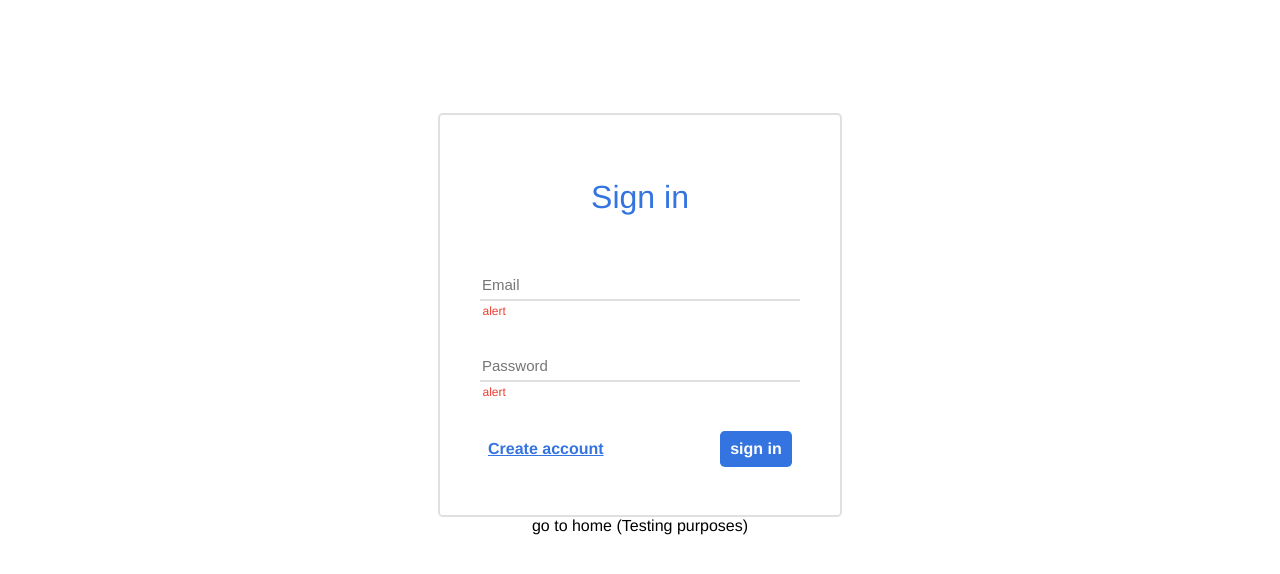
Repository: MohannadSoliman/mail-server-web
Page: / (app in frontend/)
An editor plug-in stored every save of this project. The page is shown before and after the next save, followed by the edit.
The browser window is 1280 px wide. The pictures show the whole page.
The project was rebuilt for these pictures with package versions that can differ from the ones it lists, and the page was loaded fresh each time. Also part of the build but not shown: frontend/src/views/signUp.vue, frontend/src/components/sideMenu/folder.vue, frontend/src/components/sideNav.vue, frontend/src/components/header/searchBar.vue, frontend/src/components/header.vue, frontend/src/components/controlBar.vue, frontend/src/components/compose.vue, frontend/src/components/compose/emailCard.vue and 1 more.

Above is the page before, as saved 2020-12-21 20:33:44.

### frontend/src/App.vue
<template>
  <div id="app">
    <router-view></router-view>
  </div>
</template>

<script>
export default {
  name: 'app',
  components:{
  },
  created(){
    this.$router.push('/signIn');
  }
}
</script>

<style>
html, body{
  margin: 0;
  padding: 0;
  box-sizing: border-box;
}
#app {
  font-family: Avenir, Helvetica, Arial, sans-serif;
  -webkit-font-smoothing: antialiased;
  -moz-osx-font-smoothing: grayscale;
  text-align: center;
}
</style>

### frontend/src/router/index.js
import Vue from 'vue'
import VueRouter from 'vue-router'
import singIn from '../views/signIn.vue'
import signUp from '../views/signUp.vue'
import home from '../views/home.vue'

Vue.use(VueRouter)

const routes = [
  {
    path: '/signIn',
    name: 'signIn',
    component: singIn
  },
  {
    path: '/signUp',
    name: 'signUp',
    component: signUp
  },
  {
    path: '/home',
    name: 'home',
    component: home
  }
]

const router = new VueRouter({
  routes
})

export default router

### frontend/src/views/signIn.vue
<template>
  <div id="sign-in" class="sign-in-page">
    <div id="sign-in-form-container">
      <div id="sign-in-form">
        <h1 id="login-label">Sign in</h1>
        <input placeholder="Email" type="text">
        <div class="alert" id="signIn-email-alert">alert</div>
        <input placeholder="Password" type="password">
        <div class="alert" id="signIn-password-alert">alert</div>
        <div class="nav">
          <div id="create-account" @click="goToSignUp()">Create account</div>
          <div id="sign-in-btn" @click="toggleCheckBox" >sign in</div>
        </div>
      </div>
    </div>
    <div class="testing"  @click="testing()">go to home (Testing purposes)</div>
  </div>
</template>

<script>
export default {
  name: 'signIn',
  data(){
    return{

    }
  },
  methods:{
    goToSignUp(){
      this.$router.push('/signUp');
    },
    testing(){
      this.$router.push("/home");
    },
    toggleCheckBox(){
      const checkBox = document.getElementById(`select-email-${this.emailInfo.id}`);
      const emailCard = document.getElementById(`${this.emailInfo.id}`);
      if(this.chechBoxChecked){
        checkBox.className = "unChecked";
        emailCard.style.backgroundColor = "white";
      }
      else {
        checkBox.className = "checked";
        emailCard.style.backgroundColor = "rgb(224,224,224)"
      }
      this.chechBoxChecked = !this.chechBoxChecked;
    }
  }
}
</script>

<style scoped>
#sign-in{
  width: 100%;
  height: 90vh;
  display: flex;
  flex-direction: column;
  justify-content: center;
  align-items: center;
}
#sign-in-form-container{
  width: 25rem;
  height: 25rem;
  border: 2px solid rgb(224, 224, 224);
  border-radius: 0.3rem;
}
#sign-in-form{
  display: flex;
  flex-direction: column;
  justify-content: center;
  align-items: center;
}

#login-label{
  margin-top: 4rem;
  font-weight: 500;
  color: rgb(52, 116, 224);
  user-select: none;
}

input{
  box-sizing: border-box;
  border: none;
  width: 80%;
  height: 2rem;
  margin-top: 2rem;
  border-bottom: 2px solid rgb(224, 224, 224);
  font-size: 15px;
}
.input-alert{
  box-sizing: border-box;
  border: none;
  width: 80%;
  height: 2rem;
  margin-top: 2rem;
  border-bottom: 2px solid #eb4034;
  font-size: 15px;
}
input:focus{
  outline-style: none;
  border-bottom: 2px solid rgb(52, 116, 224);
}


#sign-in-btn{
  width: 4.5rem;
  height: 2.2rem;
  text-align: center;
  vertical-align: center;
  line-height: 2.2rem;
  color: white;
  font-size: medium;
  font-weight: bolder;
  background-color: rgb(52, 116, 224);
  border-radius: 0.3rem;
  cursor: pointer;
  user-select: none;
  margin-left: auto;
  margin-right: 0.5rem;
}
#sign-in-btn:hover{
  background-color: rgb(52, 116, 224, 0.98);
}
#create-account {
  color: rgb(52, 116, 224);
  user-select: none;
  cursor: pointer;
  font-weight: bold;
  text-decoration: underline;
  margin-left: 0.5rem;
}

.alert{
  width: 80%;
  font-size: 12px;
  text-align: left;
  margin-top: 3px;
  padding-left: 5px;
  color: #eb4034;
}

.nav{
  margin-top: 2rem;
  width: 80%;
  display: flex;
  flex-direction: row;
  justify-content: flex-start;
  align-items: center;
}

.testing{
  cursor: pointer;
  user-select: none;
}
</style>

Loaded but not shown: frontend/public/index.html (common file); frontend/src/main.js (common file)

After the next save:
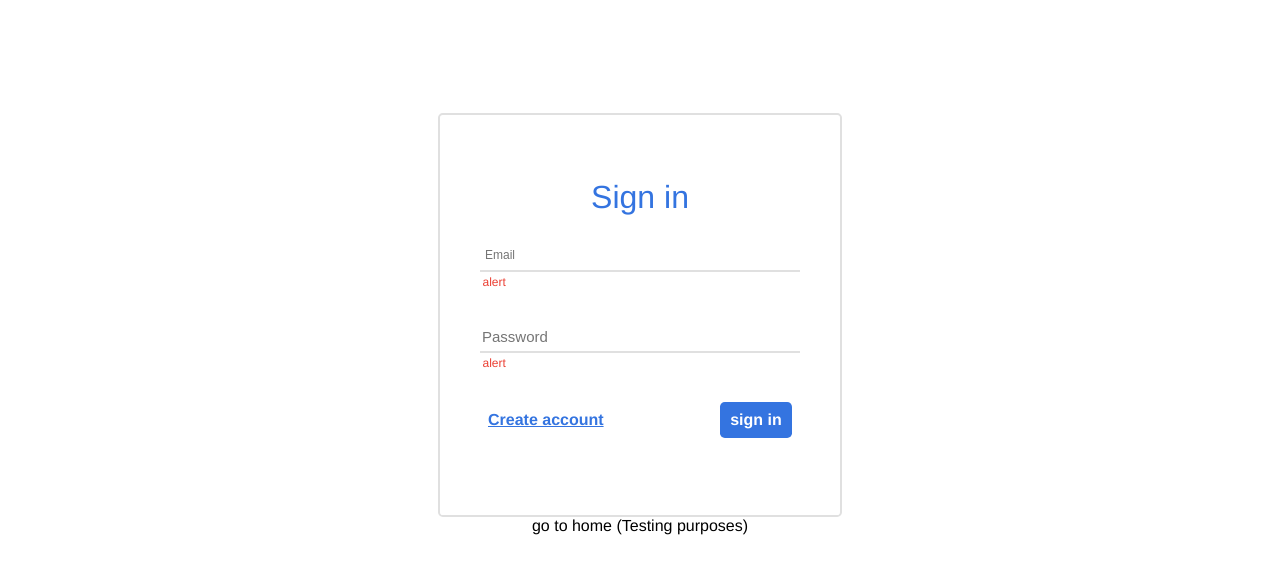
Saved 47 min 48 s later.
--- a/frontend/src/views/signIn.vue
+++ b/frontend/src/views/signIn.vue
@@ -3,9 +3,9 @@
     <div id="sign-in-form-container">
       <div id="sign-in-form">
         <h1 id="login-label">Sign in</h1>
-        <input placeholder="Email" type="text">
+        <input id ="email" class ="alert" placeholder="Email" type="text" @keydown="Check()">
         <div class="alert" id="signIn-email-alert">alert</div>
-        <input placeholder="Password" type="password">
+        <input id="pass" placeholder="Password" type="password">
         <div class="alert" id="signIn-password-alert">alert</div>
         <div class="nav">
           <div id="create-account" @click="goToSignUp()">Create account</div>
@@ -32,16 +32,18 @@
     testing(){
       this.$router.push("/home");
     },
-    toggleCheckBox(){
-      const checkBox = document.getElementById(`select-email-${this.emailInfo.id}`);
-      const emailCard = document.getElementById(`${this.emailInfo.id}`);
-      if(this.chechBoxChecked){
-        checkBox.className = "unChecked";
-        emailCard.style.backgroundColor = "white";
+    Check(){
+      var form = document.getElementById("sign-in-form")
+      const email = document.getElementById("email").value;
+      const passwrd = document.getElementById("pass");
+      var pattern = /^[^ ]+@[^ ]+\.[a-z]{2,3}$/;
+      if(email.match(pattern)){
+        form.classList.add("valid");
+        form.classList.remove("invalid");
       }
       else {
-        checkBox.className = "checked";
-        emailCard.style.backgroundColor = "rgb(224,224,224)"
+        form.classList.add("invalid");
+        form.classList.remove("valid");
       }
       this.chechBoxChecked = !this.chechBoxChecked;
     }

After the 2 saves that followed:
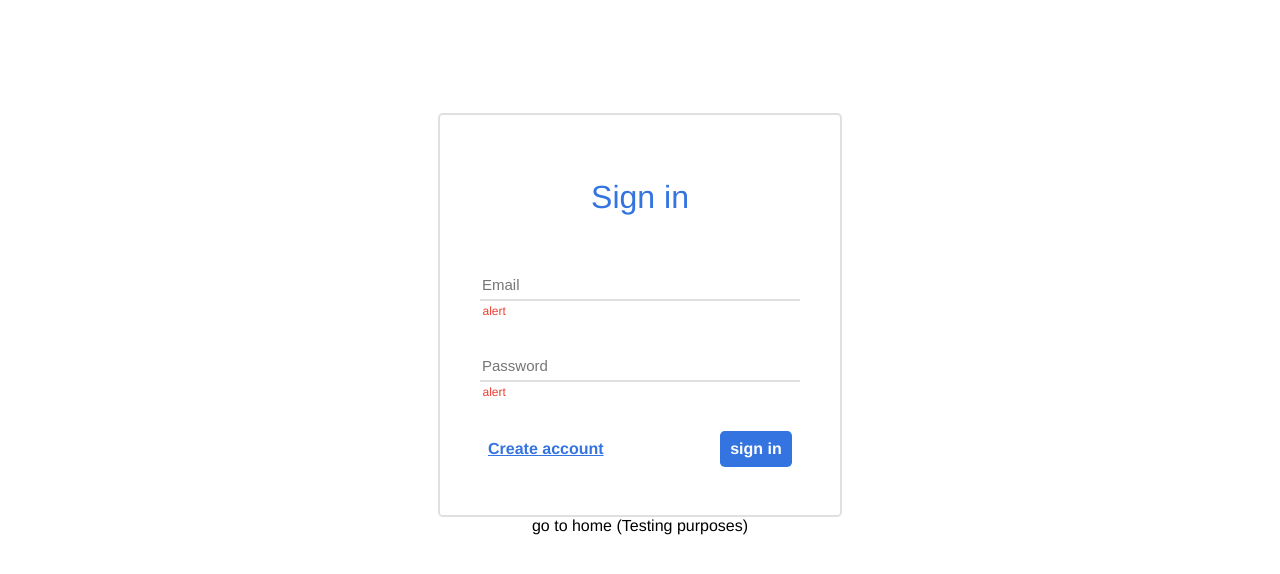
The 2 saves are shown as one change because 1 left the picture as it was.
The last was saved 110 s later.
--- a/frontend/src/views/signIn.vue
+++ b/frontend/src/views/signIn.vue
@@ -3,7 +3,7 @@
     <div id="sign-in-form-container">
       <div id="sign-in-form">
         <h1 id="login-label">Sign in</h1>
-        <input id ="email" class ="alert" placeholder="Email" type="text" @keydown="Check()">
+        <input id ="email" placeholder="Email" type="text" @keydown="Check()">
         <div class="alert" id="signIn-email-alert">alert</div>
         <input id="pass" placeholder="Password" type="password">
         <div class="alert" id="signIn-password-alert">alert</div>
@@ -35,7 +35,6 @@
     Check(){
       var form = document.getElementById("sign-in-form")
       const email = document.getElementById("email").value;
-      const passwrd = document.getElementById("pass");
       var pattern = /^[^ ]+@[^ ]+\.[a-z]{2,3}$/;
       if(email.match(pattern)){
         form.classList.add("valid");
